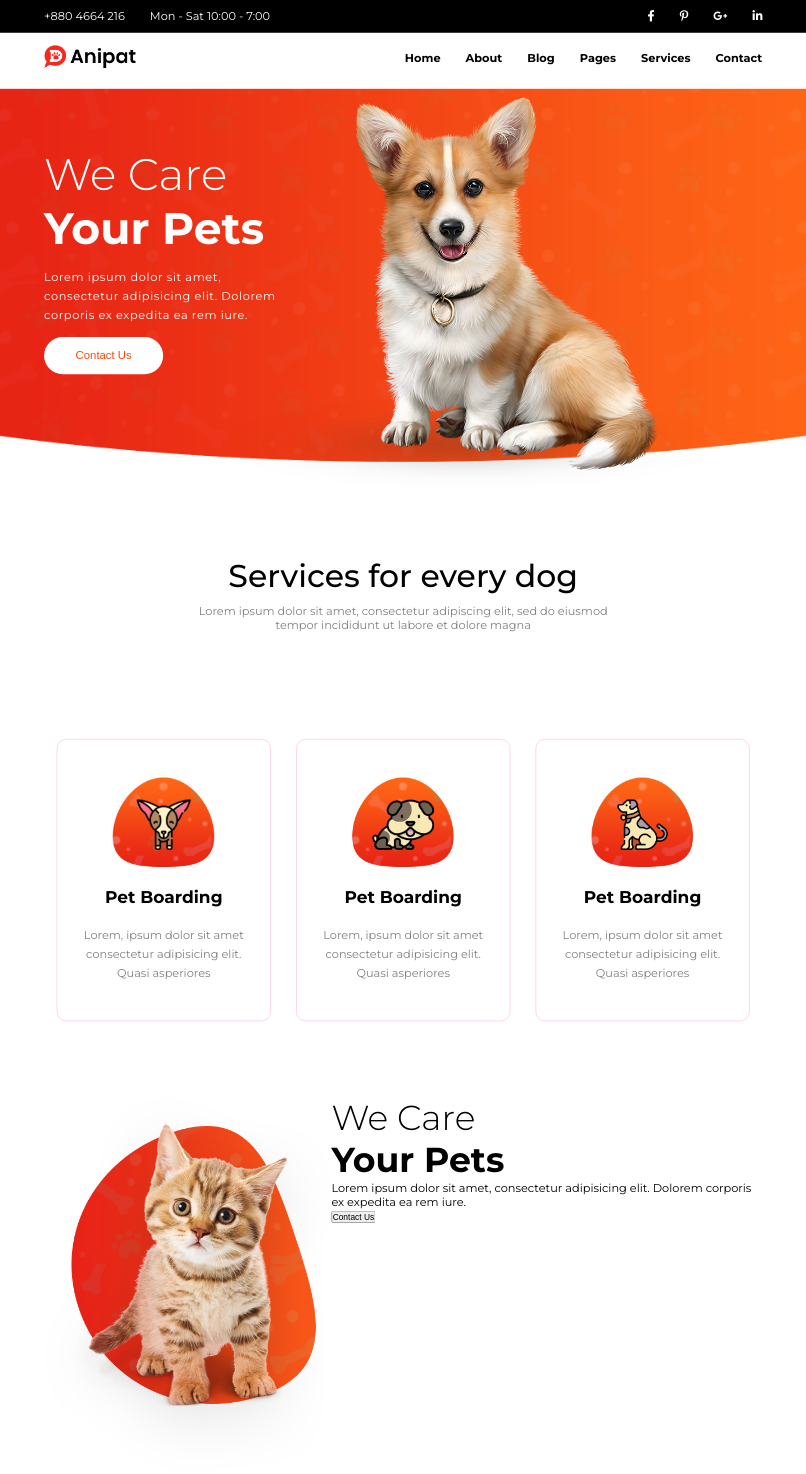
Repository: giahuy405/Day_2_Anipat
Page: index.html
An editor plug-in stored every save of this project. The page is shown before and after the next save, followed by the edit.
The browser window is 1280 px wide. The pictures show the whole page, at 63% of full size.

Above is the page before, as saved 2022-09-08 23:33:33.

After the next save:
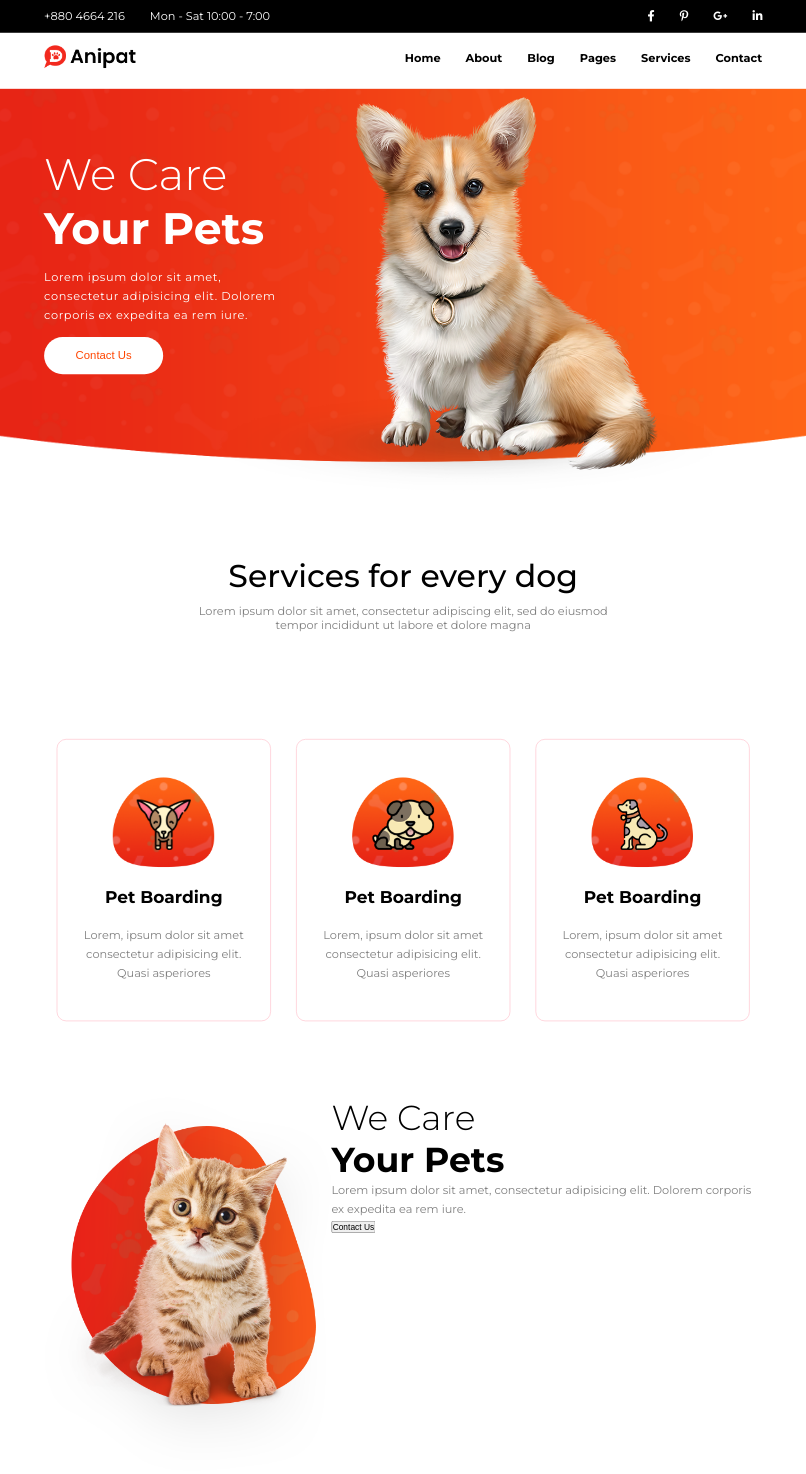
Saved 34 s later.
--- a/css/index.css
+++ b/css/index.css
@@ -187,3 +187,7 @@ html{
     font-size: 55px;
     font-weight: 700;
 }
+.netcare__content p{
+    color: grey;
+    line-height: 30px;
+}
